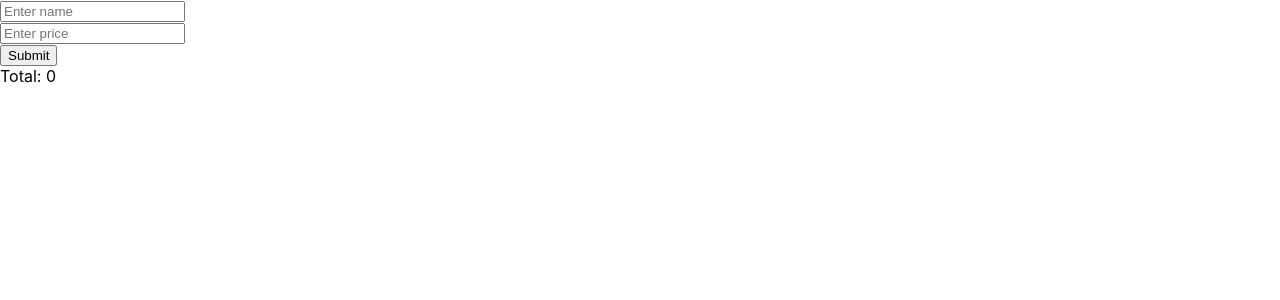
Repository: haidawngvn/hooks-bible
Page: /
An editor plug-in stored every save of this project. The page is shown before and after the next save, followed by the edit.
The browser window is 1280 px wide. The pictures show the whole page.
The project was rebuilt for these pictures with package versions that can differ from the ones it lists, and the page was loaded fresh each time. Also part of the build but not shown: src/Content3.js.

Above is the page before, as saved 2022-07-29 14:30:59.

After the next save:
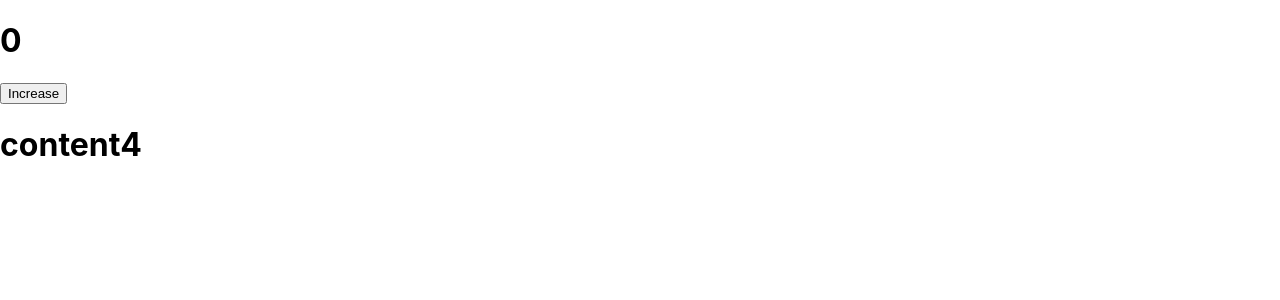
Saved 20 min 18 s later.
--- a/src/App.js
+++ b/src/App.js
@@ -1,61 +1,25 @@
-import  {  useState, useMemo, useRef } from 'react'
-
-// useMemo : tránh lặp lại các logic không cần thiết
+import  { useEffect, useLayoutEffect, useState, useRef, memo } from 'react'
+import Content4 from './Content4'
+// memo() là 1 HOC (Higher Order Component) KHÔNG PHẢI HOOK
+// ghi nhớ lại các props của 1 component để quyết định xem có re-render component đó hay kh
+// ví dụ ở dưới, Content4 kh có prop nào ===> không bao h có thay đổi ===> không re-render khi component cha re-render
 
 function App() {
 
-    const [name, setName] = useState('')
-    const [price, setPrice] = useState('')
-    const [products, setProducts] = useState([])
-    const nameRef = useRef()
+    const [counter, setCounter] = useState(0)
 
-    const handleSubmit = () => {
-        // từ tag input sẽ nhận đc chuỗi ==> convert thành int
-        setProducts([...products, {name, price: parseInt(price)}])
+    const handleIncrease = () => {
 
-        setName('')
-        setPrice('')
-        nameRef.current.focus()
+      setCounter(prevState => prevState +1)
     }
 
-    // phần tính toán này sẽ đc chạy mỗi lần re-render
-    // mà phần nhập đang 2waybinding
-    // ===> nhập input cũng re-render ===> tính toán kể cả khi chi đang nhập input ==> tính toán thừa ===> chỉ khi bấm add mới cần tính
-    // const total = products.reduce((total, product) => total + product.price, 0)
 
-    // đối số đầu tiên là 1 callback
-    // deps rỗng [] thì sẽ tính toán 1 lần, mọi lần sau sẽ trả về kqua tính lần đầu
-    // có deps, deps thay đổi thì sẽ tính toán lại
-    const total = useMemo(() => {
-        const result = products.reduce((total, product) => total + product.price, 0)
-        return result
-    }, [products])
 
     return (
       <div className="App">
-        <input
-            type="text"
-            value={name}
-            placeholder='Enter name'
-            onChange={e => setName(e.target.value)}
-            ref={nameRef}
-        />
-        <br />
-        <input
-            type="text"
-            value={price}
-            placeholder='Enter price'
-            onChange={e => setPrice(e.target.value)}
-        />
-        <br />
-        <button onClick={handleSubmit}>Submit</button>
-        <br />
-        Total: {total}
-        <ul>
-            {products.map((product, index) => (
-                <li key={index}>{product.name} - {product.price}</li>
-            ))}
-        </ul>
+        <h1> {counter}</h1>
+        <button onClick={handleIncrease}>Increase</button>
+        <Content4 />
       </div>
     );
 }
